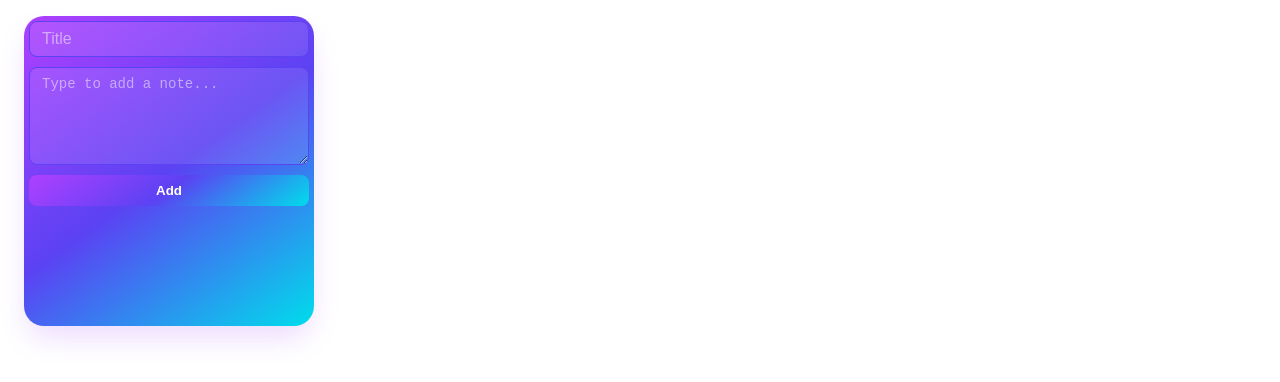
Repository: AJANI2005/Notes-App
Page: /
The author's editor kept a copy of each file at every save. The page is drawn from the files as they stood at one save, then again after the next save.
The browser window is 1280 px wide. The pictures show the whole page.
The project was rebuilt for these pictures with package versions that can differ from the ones it lists, and the page was loaded fresh each time. Also part of the build but not shown: vite.config.ts, src/style/dialogbox.css, src/DialogBox.tsx.

Above is the page before, as saved 2025-07-31 18:25:26.

After the next save:
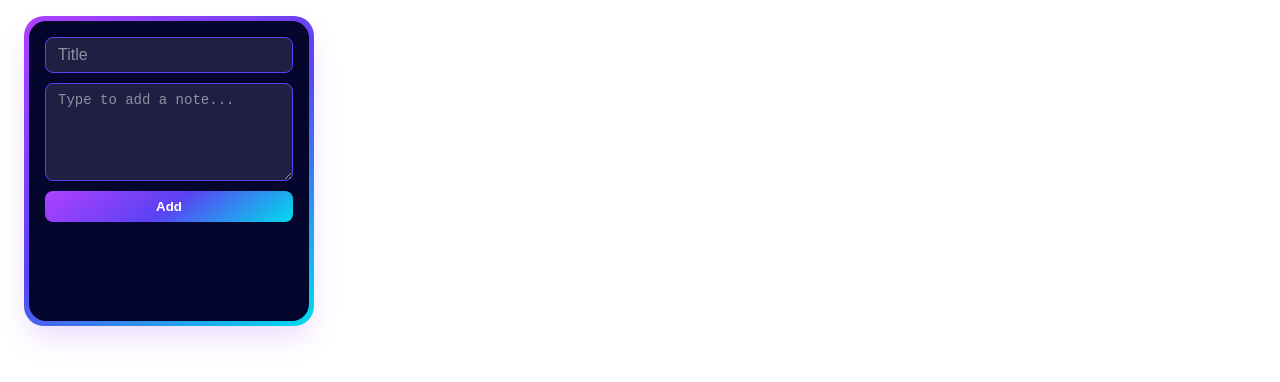
Saved 36 s later.
--- a/src/App.tsx
+++ b/src/App.tsx
@@ -57,6 +57,7 @@ const Note = () => {
 
   return (
     <form className='note'>
+      <div className="note-content">
       <input
         value={title}
         placeholder='Title'
@@ -68,8 +69,7 @@ const Note = () => {
         className='note-input'
         placeholder='Type to add a note...'></textarea>
       <button className='addBtn' onClick={createNote}>Add</button>
-
-
+      </div>
 
     </form>
   )
@@ -120,6 +120,7 @@ function App() {
       <div className='notes-grid'>
         {notes.map((note: Note, index) => (
           <div key={index} className='note'>
+            <div className='note-content'>
             <h2 className='note-title'>{note.title}</h2>
             <p className='note-text'>{note.text}</p>
             <button className='deleteBtn'
@@ -129,6 +130,7 @@ function App() {
               setCurrentNote(note);
             }}
             >📝</button>
+            </div>
           </div>))}
       </div>
 
@@ -136,22 +138,22 @@ function App() {
       <DialogBox isOpen={editing} onClose={() => setEditing(false)}>
         <form className='note'>
           <div className='note-content'>
-          <input
-            value={currentNote?.title}
-            placeholder='Title'
-            onChange={(e) => setCurrentNote({ ...currentNote, title: e.target.value } as Note)}
-            type="text" className='note-title-input' />
+            <input
+              value={currentNote?.title}
+              placeholder='Title'
+              onChange={(e) => setCurrentNote({ ...currentNote, title: e.target.value } as Note)}
+              type="text" className='note-title-input' />
 
-          <textarea
-            value={currentNote?.text}
-            onChange={(e) => setCurrentNote({ ...currentNote, text: e.target.value } as Note)}
-            className='note-input'
-            placeholder='Type to add a note...'></textarea>
+            <textarea
+              value={currentNote?.text}
+              onChange={(e) => setCurrentNote({ ...currentNote, text: e.target.value } as Note)}
+              className='note-input'
+              placeholder='Type to add a note...'></textarea>
 
-          <button className='addBtn' onClick={() => {
-            saveNote()
-            setEditing(false)
-          }}>Save</button>
+            <button className='addBtn' onClick={() => {
+              saveNote()
+              setEditing(false)
+            }}>Save</button>
           </div>
         </form>
       </DialogBox>
